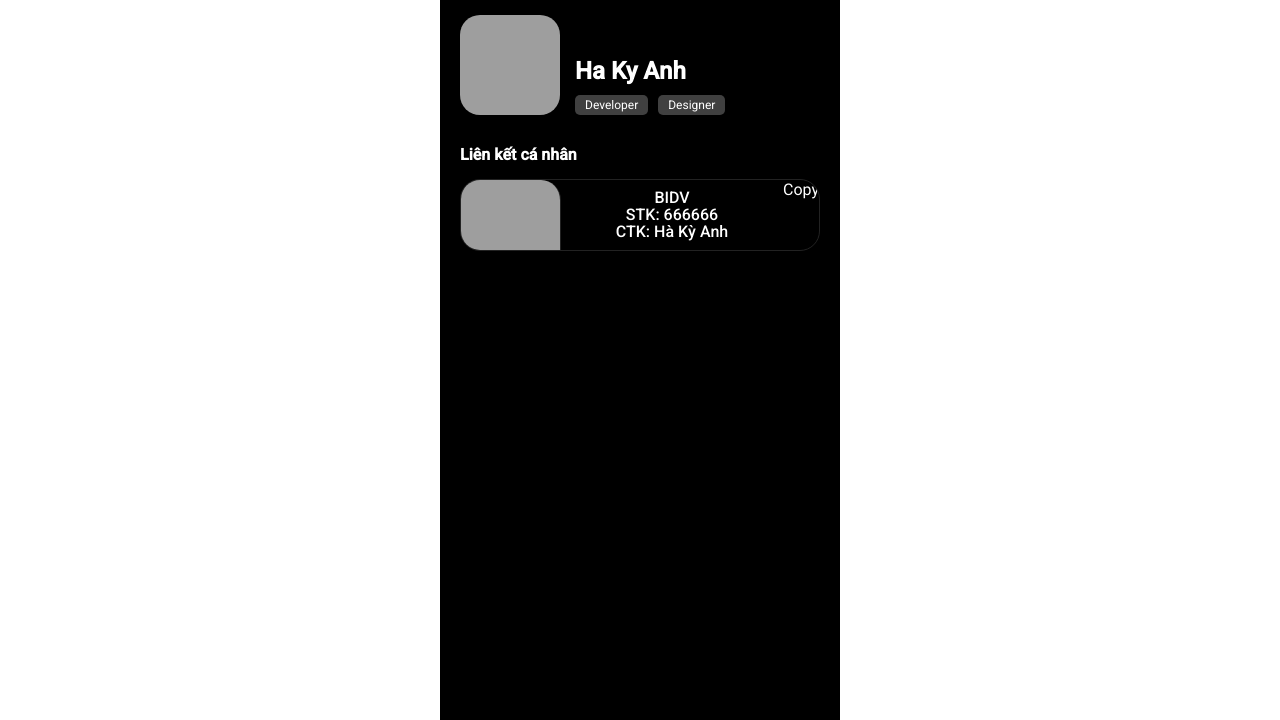
Repository: yzarc204/nguyen-tien-viet-hoang
Page: thong-tin-thanh-toan/index.html
These files come from the project's save history. The page is drawn as it stood at one moment and after the next save; the edit follows.
The browser window is 1280 px wide. The pictures show the whole page.
Pictures or frames that could not be fetched are drawn as grey boxes.

Above is the page before, as saved 2021-09-27 10:54:44.

### thong-tin-thanh-toan/index.html
<!DOCTYPE html>
<html lang="en">
<head>
    <meta charset="UTF-8">
    <meta http-equiv="X-UA-Compatible" content="IE=edge">
    <meta name="viewport" content="width=device-width, initial-scale=1.0">
    <title>Personal Card</title>
    <!-- Google Fonts -->
    <link rel="preconnect" href="https://fonts.googleapis.com">
    <link rel="preconnect" href="https://fonts.gstatic.com" crossorigin>
    <link href="https://fonts.googleapis.com/css2?family=Roboto:wght@300;400;500&display=swap" rel="stylesheet">
    <!-- CSS -->
    <link rel="stylesheet" href="./public/css/index.css">
</head>
<body>
    <div class="container">
        <div class="profile-header">
            <img alt="Avatar"
                src="https://source.unsplash.com/random"
                class="profile-avatar">
            <div class="profile-info">
                <h4 class="profile-name">Ha Ky Anh</h4>
                <div class="skills">
                    <div class="skill-tag">Developer</div>
                    <div class="skill-tag">Designer</div>
                </div>
            </div>
        </div>
        <h4 class="title">Liên kết cá nhân</h4>
        <div class="banks">
            <div class="bank">
                <img src="https://source.unsplash.com/random" class="bank-logo">
                <div class="bank-info">
                    <p class="bank-name">BIDV</p>
                    <p class="bank-number">STK: 666666</p>
                    <p class="bank-name">CTK: Hà Kỳ Anh</p>
                </div>
                <span class="btn-copy">Copy</span>
            </div>
        </div>
    </div>
</body>
</html>

### thong-tin-thanh-toan/public/css/index.css
* {
    padding: 0;
    margin: 0;
    -webkit-box-sizing: border-box;
    font-family: 'Roboto', sans-serif;
}

body {
    width: 100%;
    overflow: hidden;
}

/* ===== CONTAINER ===== */
.container{
    width: 400px;
    height: 100vh;
    margin: 0 auto;
    padding: 15px 20px;
    overflow: hidden scroll;
    background: #000;
    color: #fff;
}
/* ===== PROFILE HEADER ===== */
.profile-header{
    width: 100%;
    display: flex;
    flex-wrap: wrap;
    margin-bottom: 30px;
}
.profile-avatar{
    width: 100px;
    height: 100px;
    object-fit: cover;
    object-position: center;
    border-radius: 20px;
}
.profile-info{
    margin-top: auto;
    padding: 0px 15px;
}
.profile-name{
    margin-bottom: 10px;
    font-size: 24px;
}
.skills{
    display: flex;
    flex-wrap: nowrap;
}
.skill-tag{
    padding: 3px 10px;
    margin-right: 10px;
    color: #fff;
    font-size: 12px;
    position: relative;
    display: none;
}
.skill-tag:before {
    content: "";
    position: absolute;
    top: 0;
    right: 0;
    bottom: 0;
    left: 0;
    background-color: currentColor;
    opacity: 0.25;
    border-radius: 5px;
}
.skill-tag:first-child {
    display: block;
}
.skill-tag:nth-child(2) {
    display: block;
}
/* ===== TITLE ===== */
.title{
    margin-bottom: 15px;
}
/* ===== BANKS ===== */
.banks {
    width: 100%;
    overflow: hidden;
    border: 1px solid #222;
    border-radius: var(--border-rounded);
    --size: 100px;
    --border-rounded: 20px;
}
.bank {
    width: 100%;
    height: 70px;
    display: flex;
}
.bank-logo {
    width: var(--size);
    height: var(--size);
    border-right: 1px solid #222;
    border-top-right-radius: var(--border-rounded);
    border-bottom-right-radius: var(--border-rounded);
}
.bank-info {
    flex: 1;
    text-align: center;
    padding: 10px 7.5px;
    display: flex;
    flex-direction: column;
    justify-content: space-between;
    align-items: center;
}
.bank-info > p {
    font-weight: 500;
    line-height: 1;
}
.bank-name{
    font-size: 16px;
}
.bank-number{

}
.btn-copy{

}

After the next save:
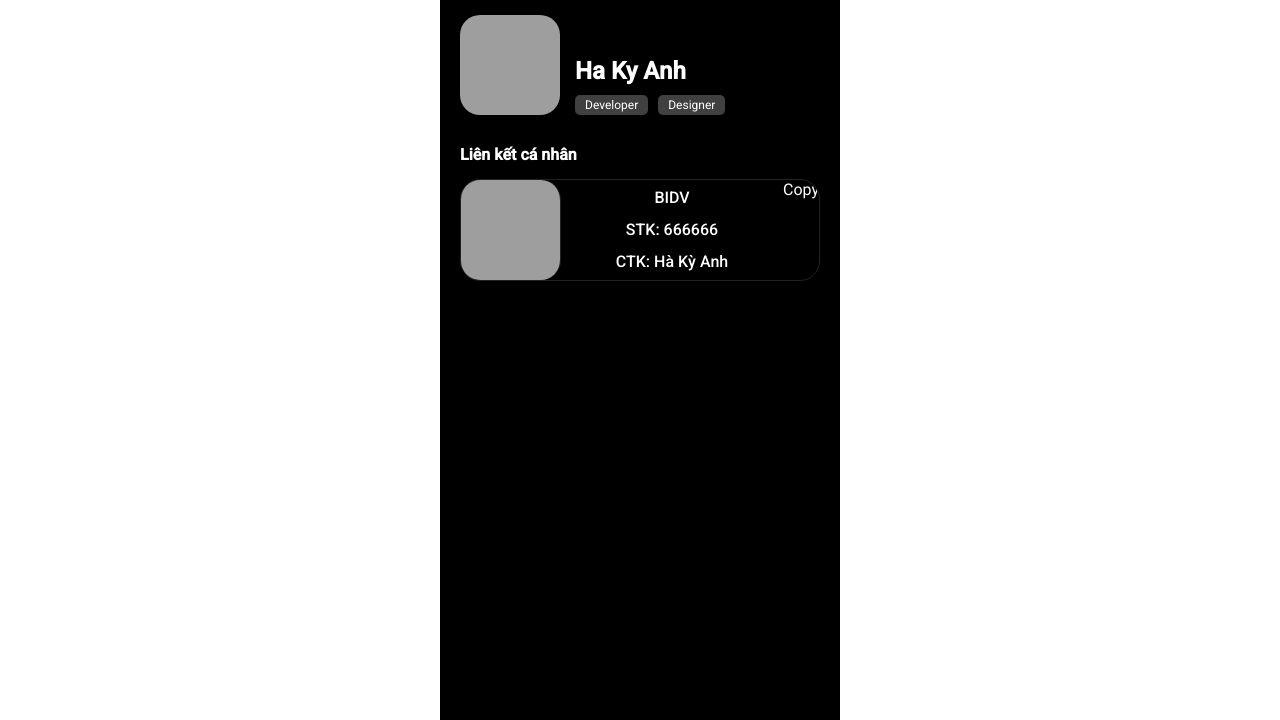
Saved 5 s later.
--- a/thong-tin-thanh-toan/public/css/index.css
+++ b/thong-tin-thanh-toan/public/css/index.css
@@ -86,7 +86,7 @@ body {
 }
 .bank {
     width: 100%;
-    height: 70px;
+    height: var(--size);
     display: flex;
 }
 .bank-logo {
